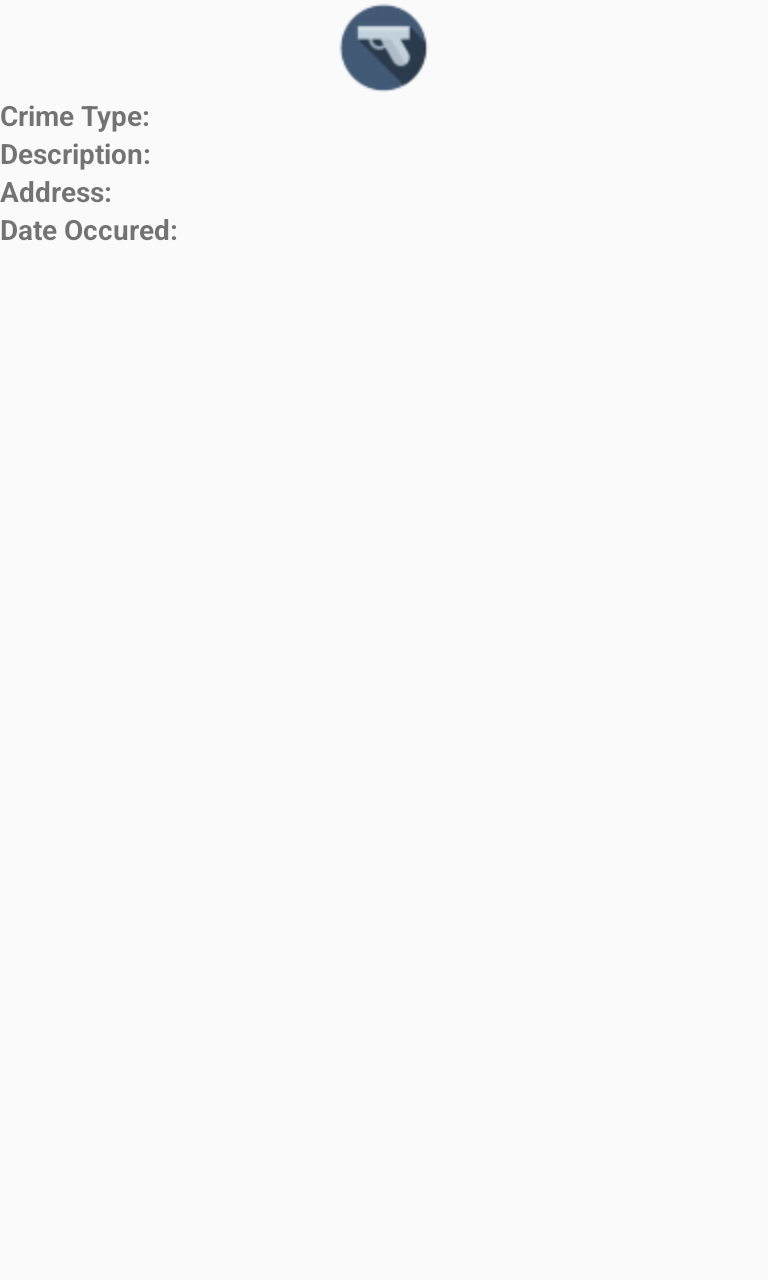
Repository: bhutenthinlay/CrimeHere
Layout: UIAppTemplate/res/layout/windowlayout.xml
The author's editor kept a copy of each file at every save. The layout is drawn from the files as they stood at one save, then again after the next save.
It is drawn on a 768 x 1280 px phone screen (xhdpi) without system bars, with theme AppTheme; the app's code is not run.

Above is the layout before, as saved 2015-05-15 13:42:08.

### UIAppTemplate/res/layout/windowlayout.xml
<?xml version="1.0" encoding="utf-8"?>
<LinearLayout xmlns:android="http://schemas.android.com/apk/res/android"
    android:layout_width="wrap_content"
    android:layout_height="wrap_content"
    android:orientation="vertical" >

    <ImageView
        android:id="@+id/imagewindow"
        android:layout_width="wrap_content"
        android:layout_height="wrap_content"
        android:layout_gravity="center"
        android:src="@drawable/murdericon" />

    <LinearLayout
        android:layout_width="wrap_content"
        android:layout_height="wrap_content"
        android:orientation="horizontal" >

        <TextView
            android:layout_width="wrap_content"
            android:layout_height="wrap_content"
            android:text="Crime Type:"
            android:textStyle="bold" >
        </TextView>

        <TextView
            android:id="@+id/crime_type_window"
            android:layout_width="wrap_content"
            android:layout_height="wrap_content" />
    </LinearLayout>

    <LinearLayout
        android:layout_width="wrap_content"
        android:layout_height="wrap_content"
        android:orientation="horizontal" >

        <TextView
            android:layout_width="wrap_content"
            android:layout_height="wrap_content"
            android:text="Description:"
            android:textStyle="bold" >
        </TextView>

        <TextView
            android:id="@+id/descriptionwindow"
            android:layout_width="wrap_content"
            android:layout_height="wrap_content" />
    </LinearLayout>
     <LinearLayout
        android:layout_width="wrap_content"
        android:layout_height="wrap_content"
        android:orientation="horizontal" >

        <TextView
            android:layout_width="wrap_content"
            android:layout_height="wrap_content"
            android:text="Address:"
            android:textStyle="bold" >
        </TextView>

        <TextView
            android:id="@+id/addresswindow"
            android:layout_width="100dp"
            android:layout_height="wrap_content" />
    </LinearLayout>
     <LinearLayout
        android:layout_width="wrap_content"
        android:layout_height="wrap_content"
        android:orientation="horizontal" >

        <TextView
            android:layout_width="wrap_content"
            android:layout_height="wrap_content"
            android:text="Date Occured:"
            android:textStyle="bold" >
        </TextView>

        <TextView
            android:id="@+id/dateoccuredwindow"
            android:layout_width="wrap_content"
            android:layout_height="wrap_content" />
    </LinearLayout>

</LinearLayout>

### UIAppTemplate/res/values/styles.xml
<resources xmlns:android="http://schemas.android.com/apk/res/android">

    <!-- Default application theme -->
    <style name="AppTheme" parent="Theme.AppCompat.Light">
        <item name="actionBarStyle">@style/ActionBarStyle</item>

	    <item name="colorPrimary">@color/primary_color</item>
	    <item name="colorPrimaryDark">@color/dar_primary</item>
    </style>

    <style name="AppTheme.NoActionBar" parent="Theme.AppCompat.Light.DarkActionBar">
        <item name="actionBarStyle">@style/ActionBarStyle</item>
        <item name="windowActionBar">false</item>

	    <item name="colorPrimary">@color/primary_color</item>
	    <item name="colorPrimaryDark">@color/dar_primary</item>
    </style>
    <style name="AppTheme.Title" parent="Theme.AppCompat">
        <item name="android:textColorPrimary">@android:color/white</item>
    </style>

    <!-- Default application theme ends here -->


    <!-- ActionBar related themes -->
    <style name="ActionBarStyle" parent="@style/Widget.AppCompat.Light.ActionBar">
        <item name="background">@color/main_color_500</item>
        <item name="titleTextStyle">@style/ActionBarStyle.TitleTextStyle</item>
    </style>

    <style name="ActionBarStyle.TitleTextStyle" parent="@style/TextAppearance.Widget.AppCompat.Toolbar.Title">
        <item name="android:textColor">@android:color/white</item>
        <item name="android:textColorPrimary">@android:color/white</item>
    </style>

    <style name="AppTheme.Overlay" parent="@android:style/Theme.Holo.Light.DarkActionBar">
        <item name="android:windowBackground">@null</item>
        <item name="android:actionBarStyle">@style/ActionBarOverlay.Transparent</item>
        <item name="android:windowActionBarOverlay">true</item>
        <item name="android:windowContentOverlay">@null</item>
    </style>

    <style name="ActionBarOverlay.Transparent" parent="@android:Widget.ActionBar">
        <item name="android:background">@null</item>
        <item name="android:displayOptions">homeAsUp|showHome|showTitle</item>
        <item name="android:titleTextStyle">@style/ActionBarOverlay.Transparent.TitleTextStyle</item>
    </style>

    <style name="ActionBarOverlay.Transparent.TitleTextStyle" parent="@android:style/TextAppearance.Holo.Widget.ActionBar.Title">
        <item name="android:textColor">@android:color/white</item>
    </style>

    <style name="AppTheme.NoShadow" parent="@style/AppTheme">
        <item name="android:windowContentOverlay">@null</item>
        <item name="android:actionBarStyle">@style/ActionBarStyle.NoShadow</item>
    </style>

    <style name="ActionBarStyle.NoShadow" parent="@style/ActionBarStyle">
        <item name="android:background">@color/main_color_600</item>
        <item name="android:titleTextStyle">@style/ActionBarStyle.TitleTextStyle</item>
    </style>
    <!-- ActionBar related themes end here -->


    <!-- ListView related themes -->
    <style name="ListViewStyle">
        <item name="android:layout_width">match_parent</item>
        <item name="android:layout_height">match_parent</item>
        <item name="android:background">@color/main_color_grey_100</item>
        <item name="android:cacheColorHint">@android:color/transparent</item>
        <item name="android:choiceMode">singleChoice</item>
        <item name="android:divider">@android:color/transparent</item>
        <item name="android:dividerHeight">0dp</item>
    </style>
    <!-- ListView related themes end here -->


    <!-- Ripple related styles -->
    <style name="RippleStyle">
        <item name="rippleOverlay">true</item>
        <item name="rippleColor">@color/main_color_500</item>
        <item name="rippleAlpha">0.7</item>
        <item name="rippleDimension">45dp</item>
        <item name="rippleHover">true</item>
        <item name="rippleDuration">200</item>
        <item name="rippleFadeDuration">50</item>
        <item name="rippleBackground">@android:color/transparent</item>
        <item name="rippleDelayClick">true</item>
        <item name="ripplePersistent">false</item>
        <item name="rippleInAdapter">false</item>
    </style>
    <!-- Ripple related styles end here -->

    <style name="DividerStyle">
        <item name="android:layout_width">match_parent</item>
        <item name="android:layout_height">1dp</item>
        <item name="android:layout_marginTop">24dp</item>
        <item name="android:layout_marginBottom">24dp</item>
        <item name="android:layout_marginLeft">8dp</item>
        <item name="android:layout_marginRight">8dp</item>
        <item name="android:background">@color/divider_color</item>
        <!-- Supports API Level 17+ -->
        <!-- <item name="android:layout_marginStart">8dp</item> -->
        <!-- Supports API Level 17+ -->
        <!-- <item name="android:layout_marginEnd">8dp</item> -->
    </style>

    <style name="ImageViewStyle">
        <item name="android:layout_width">match_parent</item>
        <item name="android:layout_height">match_parent</item>
        <item name="android:scaleType">centerCrop</item>
        <item name="android:contentDescription">@string/cd_main_image</item>
        <item name="android:paddingTop">8dp</item>
        <item name="android:paddingLeft">4dp</item>
        <!-- <item name="android:paddingBottom">8dp</item> -->
        <item name="android:paddingRight">4dp</item>
        <item name="android:cropToPadding">true</item>
    </style>

    <!-- CheckBox related styles -->
    <style name="CheckBoxStyleDark" parent="@android:style/Widget.CompoundButton.CheckBox">
        <item name="android:layout_width">wrap_content</item>
        <item name="android:layout_height">wrap_content</item>
        <item name="android:textColor">@color/main_color_grey_800</item>
    </style>

    <style name="CheckBoxStyle.Dark" parent="@style/CheckBoxStyleDark">
        <item name="android:button">@drawable/checkbox_selector_dark</item>
        <item name="android:textColor">@color/main_color_grey_200</item>
    </style>

    <style name="CheckBoxStyle.Light" parent="@style/CheckBoxStyleDark">
        <item name="android:button">@drawable/checkbox_selector_light</item>
    </style>
    <!-- CheckBox related styles end here -->

</resources>

### UIAppTemplate/res/values/colors.xml
<?xml version="1.0" encoding="utf-8"?>
<resources>

    <color name="white_15_percent">#26ffffff</color>
    <color name="white_30_percent">#4Dffffff</color>

    <color name="divider_color">@color/main_color_500</color>

    <color name="main_color_500">@color/material_purple_500</color>
    <color name="main_color_50">@color/material_purple_50</color>
    <color name="main_color_100">@color/material_purple_100</color>
    <color name="main_color_200">@color/material_purple_200</color>
    <color name="main_color_300">@color/material_purple_300</color>
    <color name="main_color_400">@color/material_purple_400</color>
    <color name="main_color_600">@color/material_purple_600</color>
    <color name="main_color_700">@color/material_purple_700</color>
    <color name="primary_color">#00BCD4</color>
    <color name="dar_primary">#0097A7</color>
    <color name="main_color_800">@color/material_purple_800</color>
    <color name="main_color_900">@color/material_purple_900</color>
    <color name="main_color_A100">@color/material_light_yellow_A100</color>
    <color name="main_color_A200">@color/material_light_yellow_A200</color>
    <color name="main_color_A400">@color/material_light_yellow_A400</color>

    <color name="main_color_grey_500">@color/material_grey_500</color>
    <color name="main_color_grey_50">@color/material_grey_50</color>
    <color name="main_color_grey_100">@color/material_grey_100</color>
    <color name="main_color_grey_200">@color/material_grey_200</color>
    <color name="main_color_grey_300">@color/material_grey_300</color>
    <color name="main_color_grey_400">@color/material_grey_400</color>
    <color name="main_color_grey_600">@color/material_grey_600</color>
    <color name="main_color_grey_700">@color/material_grey_700</color>
    <color name="main_color_grey_800">@color/material_grey_800</color>
    <color name="main_color_grey_900">@color/material_grey_900</color>


    <!-- PLEASE NOTE: Since adding transparency to already
    defined colors is not supported through xml, we have
    to add them manually. This means: we have used purple
    color scheme, and this is where we use Purple500 color
    to add transparency. If you were about to change color
    scheme, also change Purple500 color from here. -->
    <!-- 10 percent transparent Purple500 -->
    <color name="main_color_500_10_percent">#1a8f3e97</color>
    <!-- 20 percent transparent Purple500 -->
    <color name="main_color_500_20_percent">#338f3e97</color>
    <!-- 50 percent transparent Purple500 -->
    <color name="main_color_500_50_percent">#808f3e97</color>
    <!-- Ex. If you use red color scheme, write down (#ef4437 is Red500 color):
    <color name="main_color_500_10_percent">#1aef4437</color>
    <color name="main_color_500_20_percent">#33ef4437</color>
    <color name="main_color_500_50_percent">#80ef4437</color>
    -->


    <color name="cpb_grey">#ffdedede</color>
    <color name="cpb_blue">#ff0099cc</color>
    <color name="cpb_blue_dark">#ff00719b</color>
    <color name="cpb_red">#ffff4444</color>
    <color name="cpb_red_dark">#ffcd3a3a</color>
    <color name="cpb_green">#ff99cc00</color>
    <color name="cpb_green_dark">#ff6d9b00</color>
    <color name="cpb_white">@android:color/white</color>

</resources>

Loaded but not shown: UIAppTemplate/res/values/colors_material.xml (common file)

After the next save:
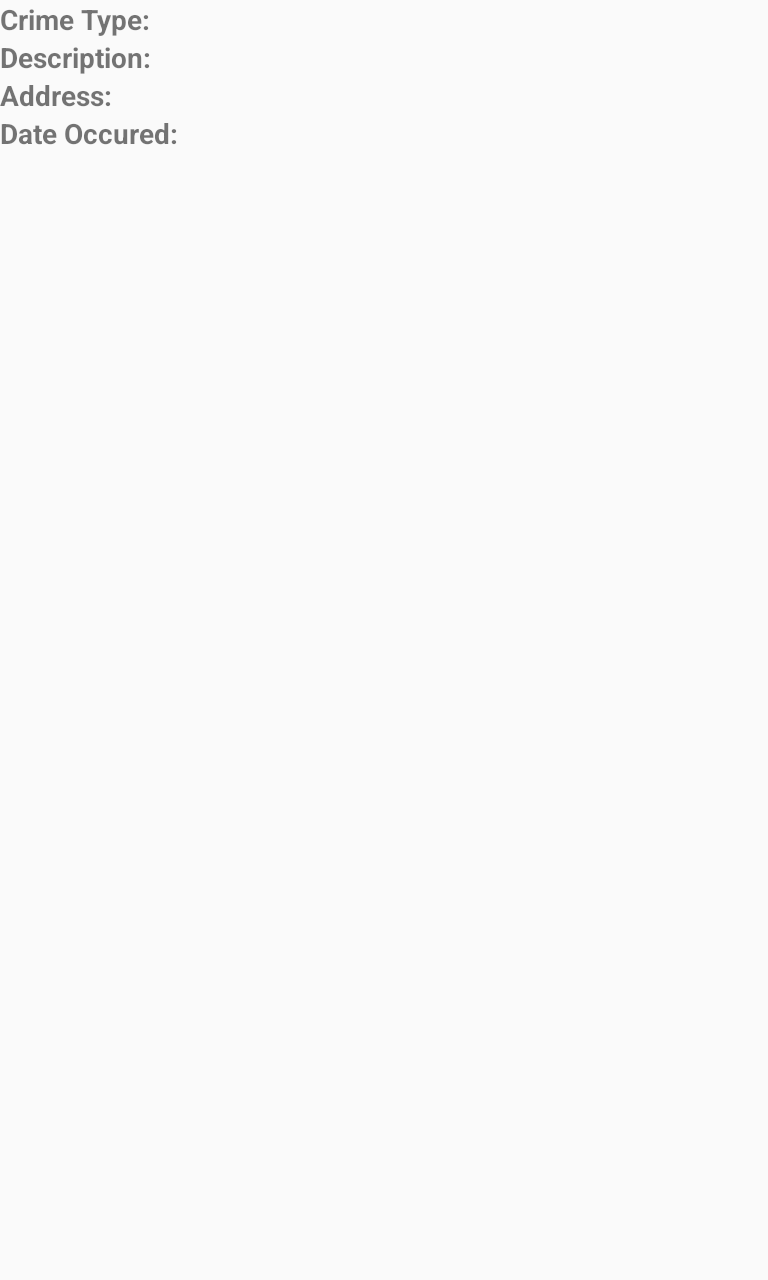
Saved 4 min 3 s later.
--- a/UIAppTemplate/res/layout/windowlayout.xml
+++ b/UIAppTemplate/res/layout/windowlayout.xml
@@ -9,7 +9,7 @@
         android:layout_width="wrap_content"
         android:layout_height="wrap_content"
         android:layout_gravity="center"
-        android:src="@drawable/murdericon" />
+        android:src="@drawable/crimehere-bookmark" />
 
     <LinearLayout
         android:layout_width="wrap_content"
